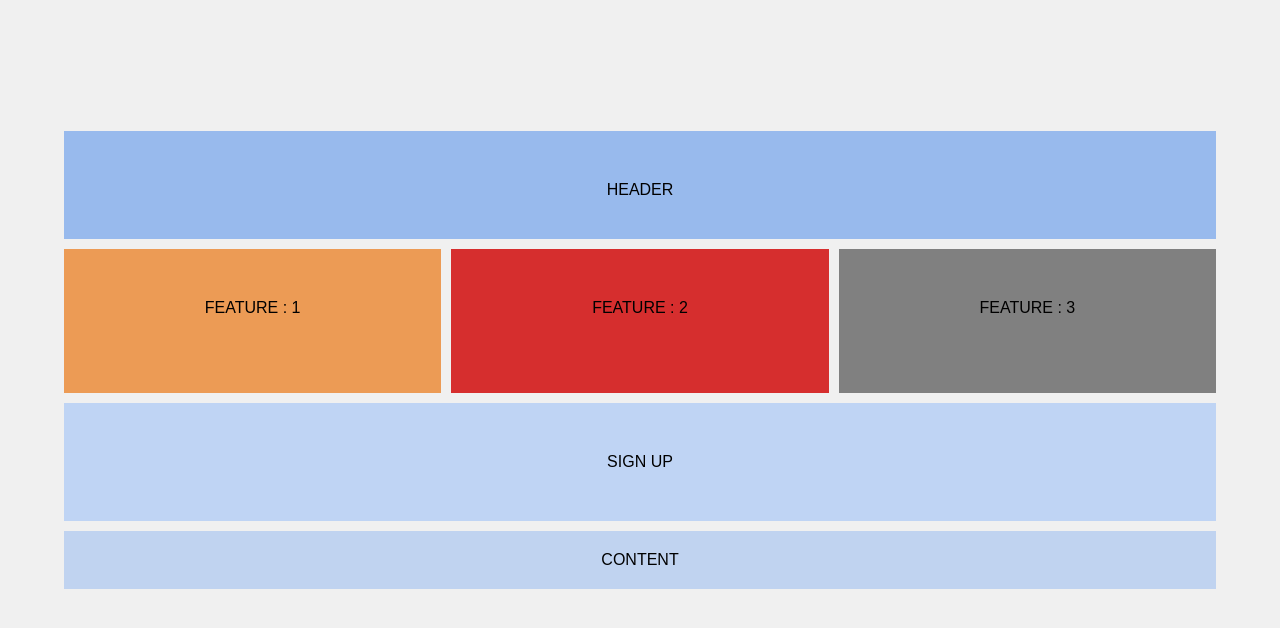
Repository: viveknaidu007/repo-152-FSD-InnomaticsTasksSep2024
Page: task_3/index.html
An editor plug-in stored every save of this project. The page is shown before and after the next save, followed by the edit.
The browser window is 1280 px wide. The pictures show the whole page.

Above is the page before, as saved 2024-10-02 11:58:04.

After the next save:
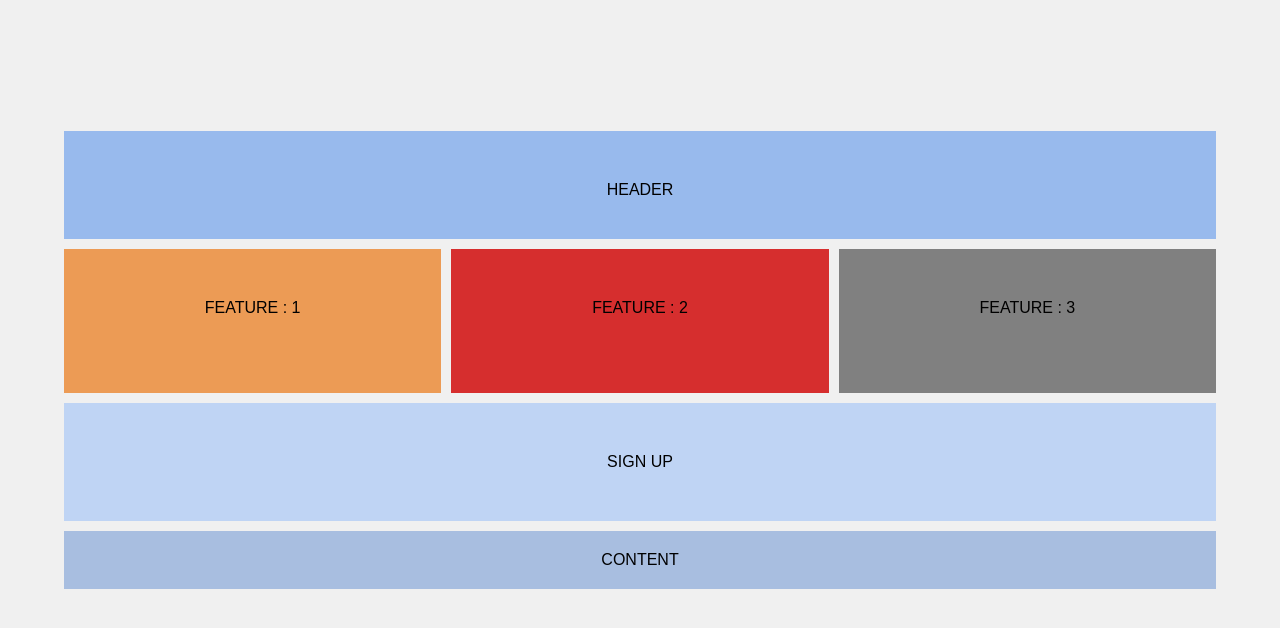
Saved 20 s later.
--- a/task_3/styles.css
+++ b/task_3/styles.css
@@ -24,7 +24,7 @@
 
   .content {
     grid-area: content;
-    background-color: #96baf087;
+    background-color: #9fb8dfe1;
     text-align: center;
     padding: 20px;
   }
